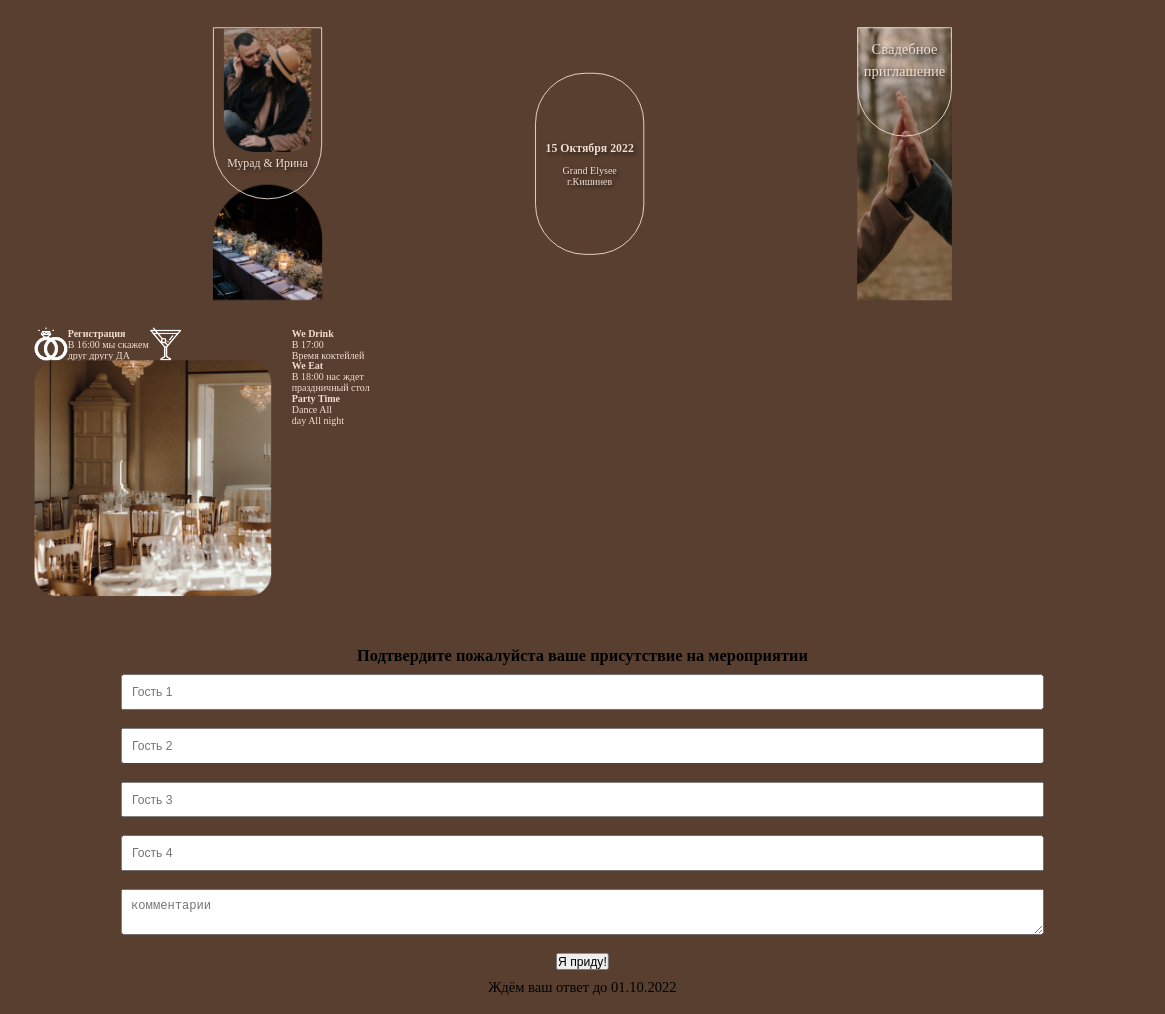
Repository: Anthony8845/wedding_invitation
Page: index.html
The author's editor kept a copy of each file at every save. The page is drawn from the files as they stood at one save, then again after the next save.
The browser window is 1280 px wide. The pictures show the whole page, at 91% of full size.

Above is the page before, as saved 2022-07-29 18:23:39.

### index.html
<!DOCTYPE html>
<html lang="en">
<head>
    <meta charset="UTF-8">
    <meta http-equiv="X-UA-Compatible" content="IE=edge">
    <meta name="viewport" content="width=device-width, user-scalable=yes">
    <link rel="stylesheet" href="./style.css">
    <!-- <script src="./script.js"></script> -->
    <title>Приглашение на свадьбу</title>
</head>
<body>

    <div class="invitation">
        <div class="info">
            <div class="info_block">
                <div class="info_border">
                    <div class="info_img-u"></div>
                    <div class="info_name">Мурад & Ирина</div>
                </div>
                <div class="info_img-d"></div>
            </div>
            <div class="info__block">
                <div class="block__data">
                    <div class="info_timer"></div>
                    <div class="info_date">
                        <h4>15 Октября 2022</h4>
                        <p>Grand Elysee <br>
                            г.Кишинев</p>
                    </div>
                </div>
            </div>
            <div class="info__block">
                <div class="info_invitation">Свадебное<br>приглашение</div>
                <div class="info_img-r"></div>
            </div>

        </div>
        <div class="timetable">
            <div class="timetable_block">
                <div class="icon_reg"></div>
                <div class="block_reg">
                    <h4>Регистрация</h4>
                    <p>В 16:00 мы скажем <br> друг другу ДА</p>
                </div>
                <div class="icon_drink"></div>
            </div>
            <div class="timetable_block">
                <div class="img_table"></div>
            </div>
            <div class="timetable_block">
                <div class="block_drink">
                    <h4>We Drink</h4>
                    <p>В 17:00<br> Время коктейлей</p>
                </div>
                <div class="icon_eat"></div>
                <div class="block_eat"></div>
                    <h4>We Eat</h4>
                    <p>В 18:00 нас ждет <br> праздничный стол</p>
                <div class="icon_party"></div>
                <div class="block_party">
                    <h4>Party Time</h4>
                    <p>Dance All<br> day All night</p>
                </div>
            </div>
        </div>
        <div class="thanks">
            <div></div>
            <div></div>
            <div></div>
        </div>
        <form class="form"  action="mail.php"  method="POST" >
            <h2 class="form__header">Подтвердите пожалуйста ваше присутствие на мероприятии</h2>
            <input class="form__input_item" type="text" name="Guest1" placeholder="Гость 1">
            <input class="form__input_item" type="text" name="Guest2" placeholder="Гость 2">
            <input class="form__input_item" type="text" name="Guest3" placeholder="Гость 3">
            <input class="form__input_item" type="text" name="Guest4" placeholder="Гость 4">
            <textarea class="form__comment" name="Comment" placeholder="комментарии"></textarea>
            <button class="form__btn">Я приду!</button>
        </form>
        <div class="footer">Ждём ваш ответ до 01.10.2022</div>
    </div>
</body>
</html>

### style.css
* {
    box-sizing: border-box;
    margin: 0;
    padding: 0;
}

body{
    position: relative;
    padding: 20px 0;
    background-color: rgb(88, 63, 48);
}



.invitation {

}
.info {
    color: rgb(240, 221, 209);
    display: flex;
    justify-content: space-evenly;
    align-items: center;
    text-align: center;
    text-shadow: 2px 2px 4px rgb(44, 32, 24);
    margin: 10px 0 30px 0;
}
.info_block {
    width: 120px;
    height: 300px;

}
.info_border {
    width: 120px;
    position: absolute;
    border: 1px solid rgb(240, 221, 209);
    padding-bottom: 30px;
    border-radius: 0 0 60px 60px;

}
.info_img-u {
    width: 103px;
    height: 136px;
    background: url(./img/IMG_2.png) no-repeat;
    margin-left: auto;
    margin-right: auto;
    width: 6em;
    margin-bottom: 5px;


}
.info_name {
    font-size: 13px;
}
.info_img-d {
    margin-top: 173px;
    width: 120px;
    height: 127px;
    background: url(./img/Image.png) no-repeat;
}

.info_img-r {
    width: 104px;
    height: 300px;
    background: url(./img/IMG_104-300.png);
}

.block__data {
    display: table-cell;
    vertical-align: middle;
    width: 120px;
    height: 200px;
    border: 1px solid rgb(240, 221, 209);
    border-radius: 55px;
}


.info_timer {

}

.info_date {
    font-size: 11px;
}
.info_date h4 {
    font-size: 13px;
    padding-bottom: 10px;
}

.info_invitation{
    width: 104px;
    height: 120px;
    position: absolute;
    border: 1px solid rgb(240, 221, 209);
    border-radius: 0 0 60px 60px;
    padding-top: 10px;
    line-height: 25px;
}


.timetable {
    margin: 0 3%;
    font-size: 11px;
    color: rgb(240, 221, 209);
    max-width: 390px;
    height: 350px;
    display: flex;
    flex-direction: column;
    flex-wrap: wrap;
}
.timetable_block {
    max-width: 260px;
    /* max-height: 36px; */
    display: flex;

}

.timetable_block:last-child {
    display: flex;
    flex-direction: column;
    justify-content: space-between;
}

.icon_reg {
    width: 36px;
    height: 36px;
    background: url(./img/wedding-rings.png) no-repeat ;
    background-size: contain;
}
.block_reg {
}
.icon_drink {
    width: 36px;
    height: 36px;
    background: url(./img/martini.png) no-repeat;
    background-size: contain;
}
.img_table {
    width: 260px;
    height: 259px;
    background: url(./img/interior.png);
}
.block_drink {
}
.icon_eat {
}
.block_eat {
}
.icon_party {
}
.block_party {
}





.form {

    text-align: center;
    margin: 0 10%;

    display: flex;
    flex-direction: column;

}

.form::after {
    content: '';
    position: absolute;
    top: 0;
    left: 0;
    width: 100%;
    height: 100%;
    background: #767676 url(./img/heart.gif) center /50px no-repeat;
    opacity: 0;
    visibility: hidden;
}

.form._sending::after {
    opacity: 0.8;
    visibility: visible;
}


.form__header {
    font-size: 18px;
}

.form__input_item {
    margin: 10px 5px;
    padding: 10px 10px;

}

.form__comment {
    padding: 10px 10px;
    margin: 10px 5px;
    resize: vertical;
    height: 50px;
}

.form__btn {
    margin: 0 auto;
    margin-top: 10px;
    max-width: 70px;
}

.footer {
    margin-top: 10px;
    text-align: center;
}

After the next save:
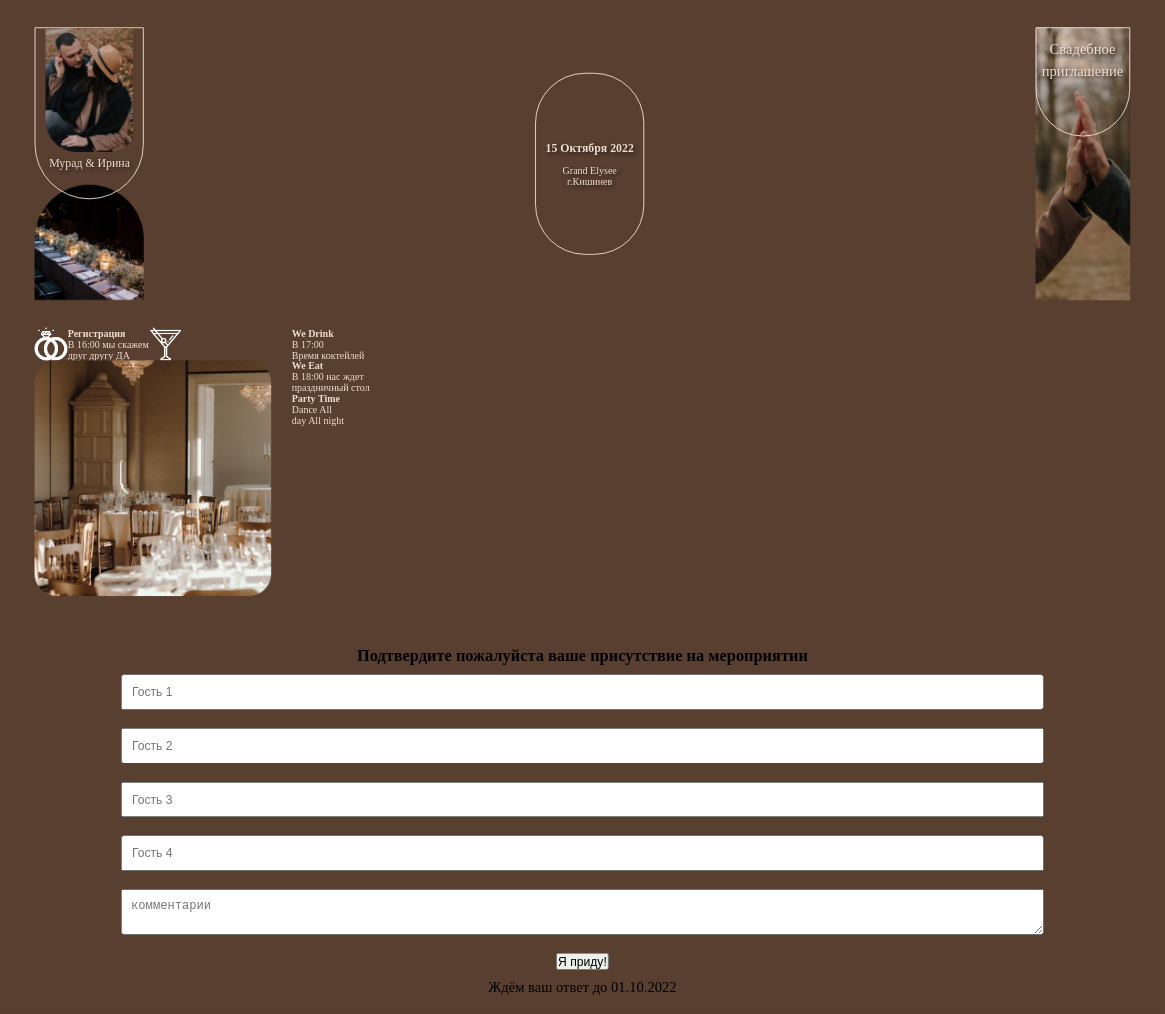
Saved 54 s later.
--- a/style.css
+++ b/style.css
@@ -18,11 +18,11 @@ body{
 .info {
     color: rgb(240, 221, 209);
     display: flex;
-    justify-content: space-evenly;
+    justify-content: space-between;
     align-items: center;
     text-align: center;
     text-shadow: 2px 2px 4px rgb(44, 32, 24);
-    margin: 10px 0 30px 0;
+    margin: 10px 3% 30px 3%;
 }
 .info_block {
     width: 120px;
